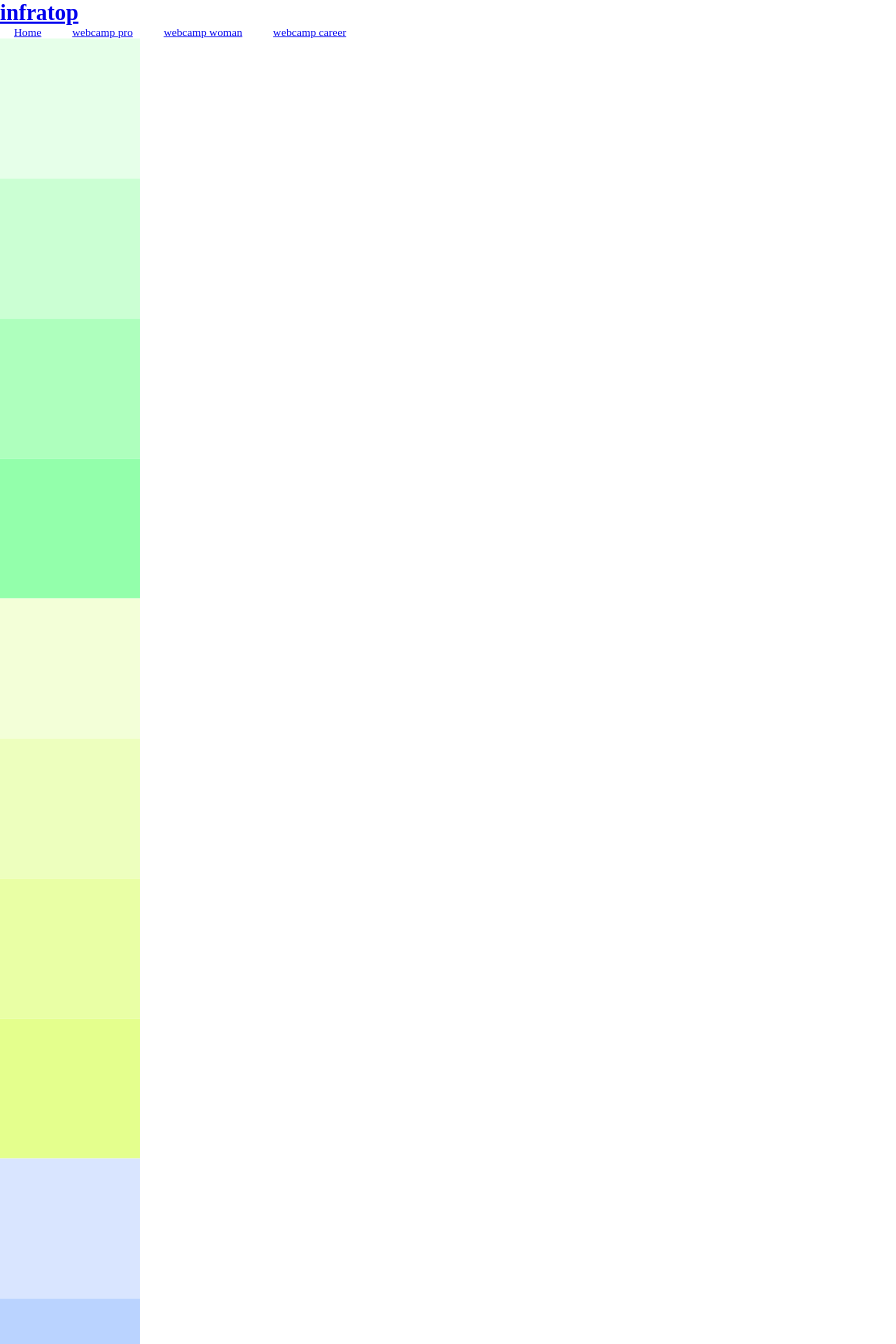
Repository: yuu3176/theme1
Page: 1-5/1-5.html
The author's editor kept a record of every edit. The page is drawn from the files as they stood at one moment, then again after the next edit.
The browser window is 1280 px wide. The pictures show the part of the page from y = 0 to 1920 px (the page is 2575 px tall before and 2615 px after), at 70% of full size.

Above is the page before.

After the next edit:
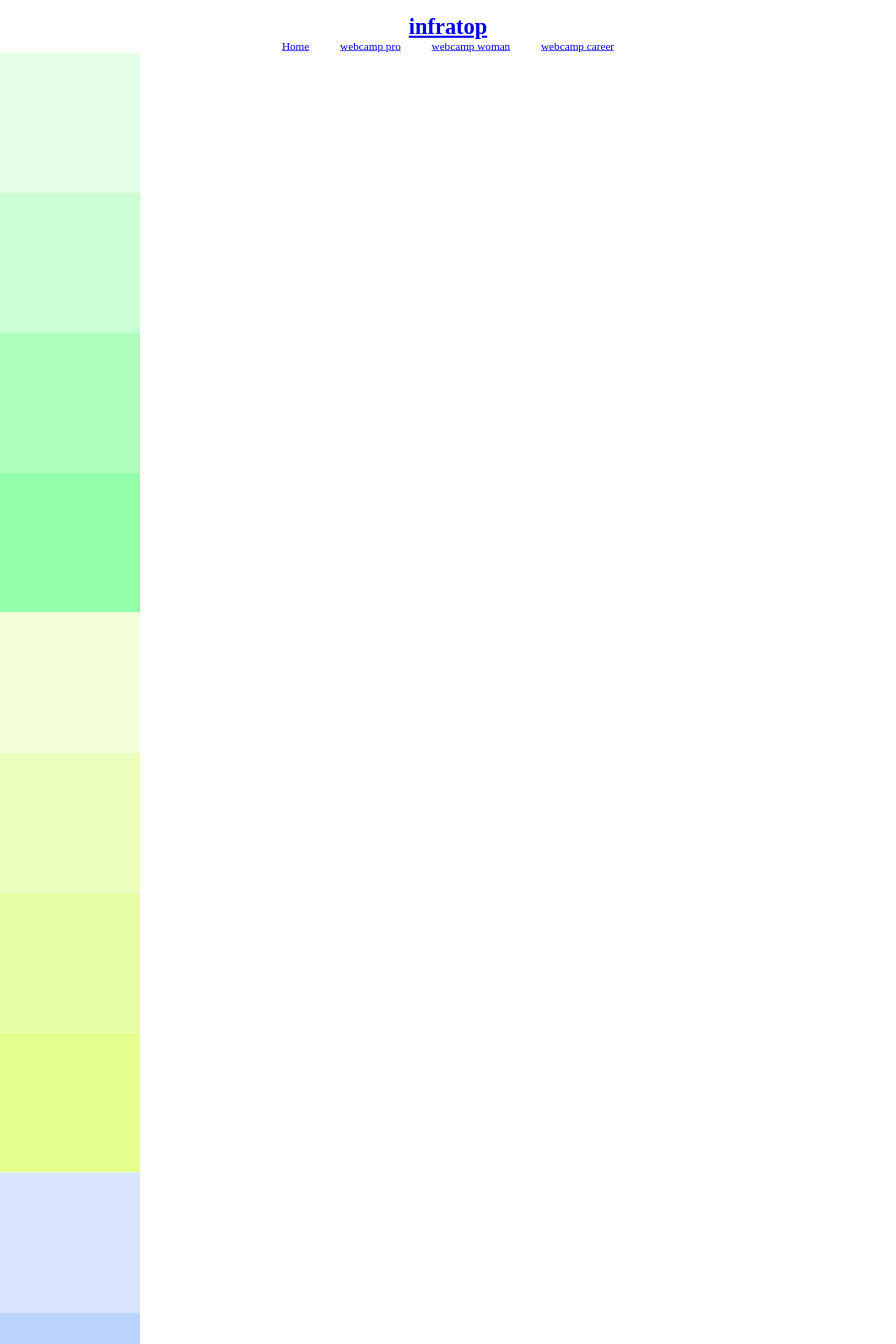
The edit:
--- a/1-5/1-5.html
+++ b/1-5/1-5.html
@@ -7,7 +7,7 @@
   </head>
 
   <body>
-    <div class="header">
+    <header>
         <h1>
           <a href="1-5.html">infratop</a>
         </h1>
